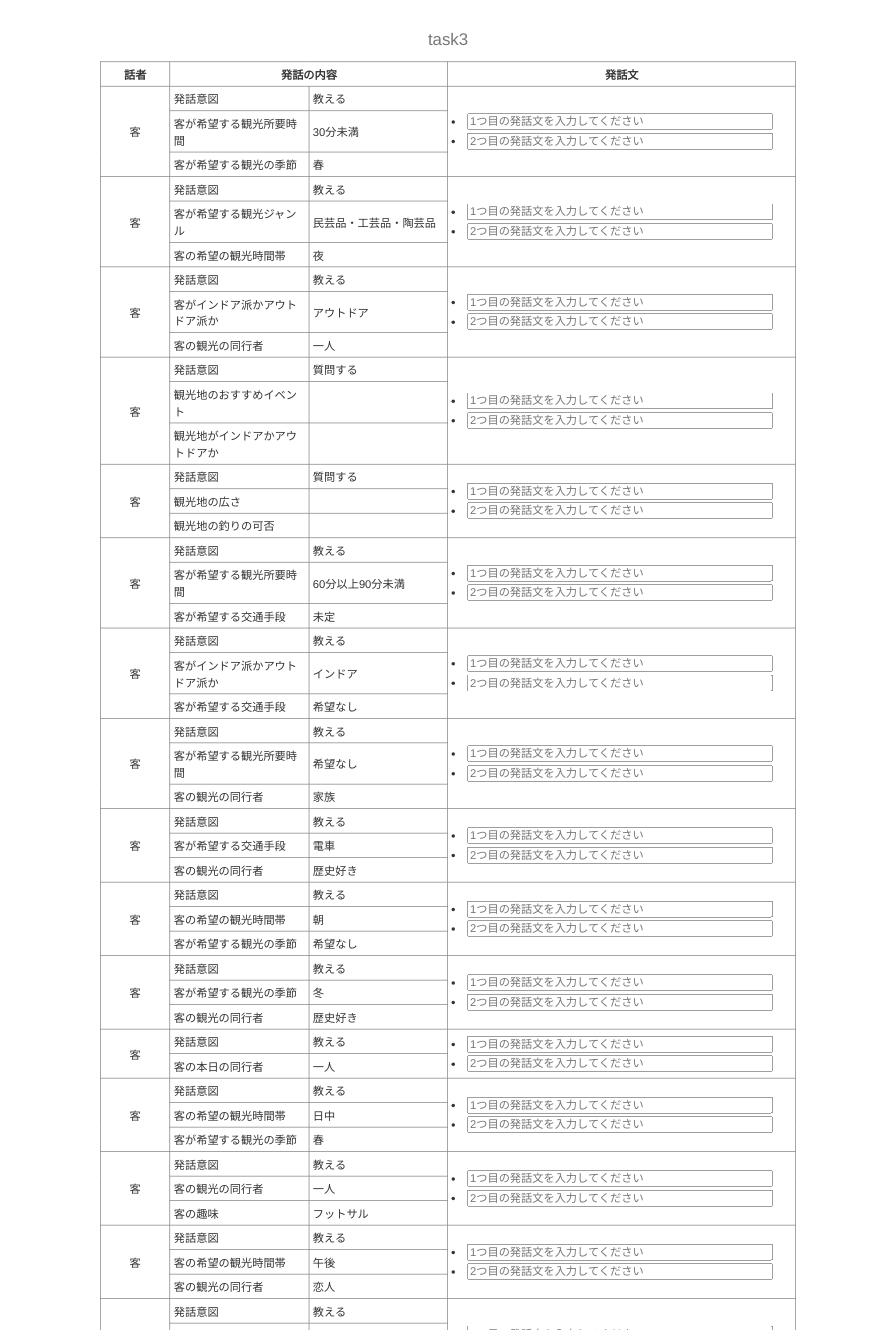
Repository: FlowRobocon/data_collection
Page: mqgs14h2reu1.html
The author's editor kept a copy of each file at every save. The page is drawn from the files as they stood at one save, then again after the next save.
The browser window is 1280 px wide. The pictures show the part of the page from y = 3534 to 5434 px (the page is 6091 px tall before and 5923 px after), at 70% of full size.
A picture or video elsewhere on the page could not be fetched, so the positions and the page height are approximate. Some web libraries are served in a nearby version.

Above is the page before, as saved 2022-07-24 15:14:26.

### mqgs14h2reu1.html
<link rel="stylesheet" href="https://maxcdn.bootstrapcdn.com/bootstrap/3.3.7/css/bootstrap.min.css">

<head>
    <meta charset="utf-8">
    <title>発話作成ページ</title>
    <style>
        body {
            background-color: #ffffff;
            font-size: 16px;
        }

        td,
        th {
            padding: 5px;
        }

        p {
            clear: both;
        }

        .container {
            width: 80%;
        }

        .dialog-contents {
            background-color: lightgray;
        }

        figure.images {
            float: left;
            padding-right: 20px;
        }
    </style>
</head>

<body>
    <div class="container" id='Instruction'>
        <h2>作業概要</h2>
            <p>旅行代理店における後述の対話状況において，客の発話（話す言葉）を作成していただきます．作業内容は，<strong>指定される「発話の意図」および「発話に含めたい情報」を全て含んだ発話を作成する</strong>，というものです．</p>
            <!-- <p>※ 作業時間は40分程度と予想されます．<br>※
                <font color=red>本ページを再読み込みすると，それまでに入力された情報はすべてリセットされますのでご注意ください．</font>
            </p> -->
            <p>※<font color=red>本ページを再読み込みすると，それまでに入力された情報はすべてリセットされますのでご注意ください．</font></p>
            <h3>対話状況</h3>
                <ul style="background-color:lightgray;">
                    <li><strong>旅行代理店で客と店員（カウンターセールス）が会話している</strong></li>
                    <li><strong>客は</strong>，訪れる観光地を候補として2箇所決めており，そのどちらに行くかを店員と相談して決めたい</li>
                    <li><strong>店員は</strong>，2つの観光地の見所などを説明したり，客からの質問に答えたりしながら，観光地を決める手助けをする</li>
                </ul>
    </div>
    <div class="container" id="work">
        <h2>作業</h2>
        <p>
            <h3>1-1. CrowdWorksでのワーカーID・表示名を入力してください</h3>
            <p>ワーカーID：<input type="text" id="WorkerID" name="WorkerID" /></p>
            <p>表示名：<input type="text" id="WorkerName" name="WorkerName" /></p>
        </p>
        <!-- <p>
            <h3>1-2. ご自身の性別と年代を選択してください</h3>
            <p>
                性別：
                <input name="Gender" type="radio" value="M" />男性
                <input name="Gender" type="radio" value="F" />女性
                <input name="Gender" type="radio" value="O" />その他
            </p>
            <p>
                年齢：
                <input name="Age" type="radio" value="10~20" />10代
                <input name="Age" type="radio" value="20~30" />20代
                <input name="Age" type="radio" value="30~40" />30代
                <input name="Age" type="radio" value="40~50" />40代
                <input name="Age" type="radio" value="50~60" />50代
                <input name="Age" type="radio" value="60~" />60代以上
            </p>
        </p> -->
        <p>
            <h3>2-1. 2つの発話を作成してください</h3>
            <p>以下のガイドラインと注意事項によく目を通してから，本ページ下部の表を埋めるかたちで作業してください．</p>
            <p>
                <font color=maroon><strong>ガイドライン</strong></font>
            </p>
            <img src="figs/guidelines_image.png" width="900">
            <ul>
                <li>表の各行は，「話者，発話の内容，発話文」からなります．</li>
                <li><strong>「話者」の列には</strong>，客と店員の内，どちらの発話であるかが示されています</li>
                <li><strong>「発話の内容」の列には</strong>，あなたが作成するべき発話の意図や発話に含めたい情報が示されています．</li>
                <li><strong>「発話文」の列に</strong>，あなたが考えた「発話者」が「発話の内容」を伝える際の発話文を記入します．まず，発話を<strong>一種類</strong>考えて上の入力欄に記入してください．次に，<strong>違う言い方</strong>で<strong>同じ内容</strong>を言う発話を考えて下の入力欄に記入してください．</li>
                <ul>
                    <li>発話の内容は同じまま，<strong>口調や表現，伝え方</strong>を変えることでバリエーションのある発話文を作成してください．</li>
                    <li>実際の旅行代理店で想定されるような，<strong>できるだけ自然な</strong>発話文を作成してください．</li>
                    <ul>
                        <li>テキスト文ではありますが，<strong>書き言葉ではなく</strong>対面で対話していることを想定した<strong>話し言葉</strong>で作成してください．</li>
                        <li>発話の丁寧さは，旅行代理店における対話において不自然でないと考えられる範囲で自由に設定してください．</li>
                    </ul>
                    <li>発話意図の説明は<a href="files/user_intent_explanation.pdf" target="_blank">こちら</a>をご覧ください．（CrowdWorksの添付ファイル「客の発話意図の説明.pdf」と同一の内容です）</li>
                    <li>一つの発話を複数の文で作成してもよいです．</li>
                    <li>「発話に含めたい情報」が複数指定されていることがあります．その際は，<strong>1つの発話だけ</strong>で<strong>全ての</strong>「発話に含めたい情報」を含むように発話を作成する必要があります．</li>
                        <p>【良い例】
                        <img src="figs/good_example1.png" width="900">
                        </p>
                        <p>【悪い例】
                        <img src="figs/bad_example1.png" width="900">
                        </p>
                        <li>複数の「発話に含めたい情報」を関連づけて発話文を作成しづらい場合は，「発話に含めたい情報」同士を強く関連づけず，並記するような発話文を作成していただいても大丈夫です．</li>
                    </li>
                    <li>"客の名前"に（※）が付いている場合には，話し相手をその名前で呼ぶような発話を作成してください．</li>
                    <ul>
                        <li>(例)「発話意図：質問する，客の名前（※）：鈴木，観光地への同行者：空欄」の場合</li>
                        <ul>
                            <li>「鈴木様はどなたとご観光される予定ですか？」</li>
                        </ul>
                    </ul>
                </ul>
            </ul>
            <!-- <img src="figs/1.png" width="900"> -->

            <p>
                <font color=maroon><strong>発話文を作成する際の注意事項</strong></font>
            </p>
            <ul>

                    <!-- <ul>
                        <li>指示文「<span style="background-color:lightgray">箕面大滝に関する追加情報を要求する</span>」にしたがって作成する場合
                            <ul>
                                <li>作成例：<span style="background-color:lightgray">もっと箕面大滝について知りたいんだけど</span></li>
                                <li>作成例：<span style="background-color:lightgray">箕面大滝ってどんなところなんですか</span></li>
                            </ul>
                        </li>
                    </ul>
                    <li>各時点の指示文に含まれない内容は発話文に含めないでください（直前の発話を含む，過去の店員や客の発話に含まれる観光地名なども使用しないでください）．また，各時点より先（未来）の対話の流れは考慮しないでください．</li>
                    <li><strong>指示文に<font color=blue>青色</font>で書かれた単語が含まれている場合は，<font color=maroon>その単語を必ずそのままの形で発話文に含めてください</font></strong>．
                        <ul>
                            <li>指示文「<span style="background-color:lightgray;"><font color=blue>民家集落博物館</font>への観光経験は無いことを伝える</span>」にしたがって作成する場合
                                <ul>
                                    <li><strong>良い例</strong>：<span style="background-color:lightgray">民家集落博物館は行ったことないな</span></li>
                                    <li><strong>悪い例</strong>：<span style="background-color:lightgray">民家博物館は行ったことないんです</span></li>
                                    <li><strong>悪い例</strong>：<span style="background-color:lightgray">行ったことないな</span></li>
                                </ul>
                            </li>
                        </ul>
                    </li> -->
                    <li>「発話の意図」および「発話に含めたい情報」の指定が20個並んでいますが，それぞれ前後との関係は無い独立のものとして作業を行ってください．</li>
                    <li><strong>発話文に絵文字や顔文字は含めないでください．</strong></li>
            </ul>

            <h3>2-2. 作成した発話データをダウンロードして，CrowdWorksで提出してください</h3>
            <p>表の下方に設置されている
                <font bold>ダウンロード</font>をクリックすることで，入力された発話データをCSV形式でダウンロードすることができます．ダウンロードした発話データをCrowdWorksの作業ページで提出してください．</p>
            <p>
                <font color=maroon><strong>対話データの提出に関する注意事項</strong></font>
            </p>
            <ul>
                <!-- <li>2つの対話には，それぞれのダウンロードボタンが設けられていますので，必ず両方の対話データをダウンロードして提出してください．</li> -->
                <li>ダウンロードされるCSVファイルは文字コードの関係上文字化けしたように見えるかもしれませんが，問題ありません．</li>
                <li>1度ダウンロードされた対話データのファイル名やファイルの中身は編集しないでください．</li>
                <li>ダウンロードボタンをクリックしても対話データをダウンロードできない場合，全てのフォームが正しく入力されていない可能性があります．上記1-1.~2-1.の作業が正しくできているかを確認してください．</li>
            </ul>
        </p>
        <p>上記全ての作業が正確に行われていることが確認でき次第，CrowdWorksにてお仕事を承認し報酬をお支払いします．ただし，<strong>作業がインストラクション通りに行われていない場合や，明らかに対話の流れに沿わない発話や無関係な発話が確認できた場合は，不適切とみなし非承認とすることがありますのでご注意ください</strong>．</p>

    </div>
    <div class="container" id='Table1'></div>
    <div class="container" id='submit_button-1'>
        <br>
        <center><button class="btn btn-primary" id="submit-1" onclick="submit(1)">ダウンロード</button></center>
        <br>
    </div>
<!--     <script src="data/example.js"></script> -->
    <script src="script.js"></script>
    <script src="https://ajax.googleapis.com/ajax/libs/jquery/3.2.1/jquery.min.js"></script>
    <script language="javascript" type="text/javascript">
        let task_id = Math.floor(Math.random()*7);
        var speaker = "user"
        var json_data = ""
        $.getJSON("data/da_list-2022-0718/da_list-user-max2/group1/task" + String(task_id) + ".json", function(json) {
        json_data = json
        // console.log(String(task_id))
        // console.log(json);
        document.getElementById('Table1').innerHTML = create_table(task_id, json_data);
        });
    </script>

</body>

### script.js
const shuffle = ([...array]) => {
    for (let i = array.length - 1; i >= 0; i--) {
        const j = Math.floor(Math.random() * (i + 1));
        [array[i], array[j]] = [array[j], array[i]];
    }
    return array;
};


function create_table(task_id, json_data) {
    // const json_data = '[{"id": 1,"speaker": "user","intent": "教える","slots": {"客の名前": "鈴木"}},{"id": 2,"speaker": "system","intent": "観光地の名称を確認する","slots": {"客の名前": "鈴木","観光地1の名称": "お台場海浜公園","観光地2の名称": "第三台場"}}]';
    const dialog = json_data;

    var t_re = "";
    let table_title = "task" + task_id;

    t_re += '<table border="1" style="width:100%" align="center">' +
        '<caption>' +
        '<div class="text-center">' +
        '</br></br>' +
        '<h3>' +
        table_title +
        '</h3>' +
        '</div>' +
        '</caption>' +
        '<tbody>' +
        '<th style="width:10%; text-align:center">話者</th>' +
        '<th style="width:40%; text-align:center" colspan="2">発話の内容</th>' +
        '<th style="width:50%; text-align:center">発話文</th>'

    for (var i = 0; i < dialog.length; i++) {
        var table_tmp = '<tr>'
        let rowspan = String(1+Object.keys(dialog[i].slots).length)
        if (dialog[i].speaker == "system") {
            table_tmp += '<td style="width:10%; text-align:center" rowspan='+ rowspan + '>店員</td>'
        } else if (dialog[i].speaker == "user") {
            table_tmp += '<td style="width:10%; text-align:center" rowspan='+ rowspan + '>客</td>'
        }

        table_tmp += '<td style="width:20%;">発話意図</td><td style="width:20%;">' + dialog[i].intent + '</td>'
        table_tmp += '<td rowspan=' + rowspan + '>' +
            '<li><input type="text" id="' + task_id + "_" + dialog[i].id + "_" + dialog[i].speaker + "_utterance1" + '" name="' + dialog[i].id + "_" + i + "_" + dialog[i].speaker + "_utterance1" + '" style="width:90%;margin:2 0px;resize:none" placeholder="1つ目の発話文を入力してください"/></li>' +
            '<li><input type="text" id="' + task_id + "_" + dialog[i].id + "_" + dialog[i].speaker + "_utterance2" + '" name="' + dialog[i].id + "_" + i + "_" + dialog[i].speaker + "_utterance2" + '" style="width:90%;margin:2 0px;resize:none" placeholder="2つ目の発話文を入力してください"/></li>' +
            '</td></tr>';
        for (var s = 0; s < Object.keys(dialog[i].slots).length; s++) {
            if (Object.values(dialog[i].slots)[s] == "?") {
                table_tmp += '<tr><td style="width:20%;">' + Object.keys(dialog[i].slots)[s] + '</td><td style="width:20%;"></td></tr>'
            } else {
                table_tmp += '<tr><td style="width:20%;">' + Object.keys(dialog[i].slots)[s] + '</td><td style="width:20%;">' + Object.values(dialog[i].slots)[s] + '</td></tr>'
            }
        }
        t_re += table_tmp;
    }
    return t_re
};


function download(filename, text) {
    var pom = document.createElement('a');
    pom.setAttribute('href', 'data:text/plain;charset=utf-8,' + encodeURIComponent(text));
    pom.setAttribute('download', filename);
    if (document.createEvent) {
        var event = document.createEvent('MouseEvents');
        event.initEvent('click', true, true);
        pom.dispatchEvent(event);
    } else {
        pom.click();
    }
};


function submit(table_id) {
    // var dialog = json_data;
    var all_checked = true;
    var text_write = "id,speaker,intent,slots.keys,slots.values,utterance1,utterance2\n";

    // var gender = "";
    // var age = "";
    for (var j = 0; j < document.getElementsByName("Gender").length; j++) {
        if (document.getElementsByName("Gender")[j].checked) {
            gender = document.getElementsByName("Gender")[j].value;
        }
    }

    for (var j = 0; j < document.getElementsByName("Age").length; j++) {
        if (document.getElementsByName("Age")[j].checked) {
            age = document.getElementsByName("Age")[j].value;
        }
    }

    // if (document.getElementById("WorkerID").value == "" || age == "" || gender == "") {
    if (document.getElementById("WorkerID").value == "" || document.getElementById("WorkerName").value == "") {
        all_checked = false;
        // alert("ワーカーID，性別，年代を入力してください．");
        alert("ワーカーID、CrowdWorksでの表示名を入力してください．");
        return;
    }

    for (var i = 0; i < json_data.length; i++) {
        var value_tmp = json_data[i].id + "," + json_data[i].speaker + "," + json_data[i].intent + ",";
        var value_tmp_slots_keys = "";
        var value_tmp_slots_values = "";
        for (var j = 0; j < Object.keys(json_data[i].slots).length; j++) {
            value_tmp_slots_keys += Object.keys(json_data[i].slots)[j] + " ";
            value_tmp_slots_values += Object.values(json_data[i].slots)[j] + " ";
        }
        value_tmp += value_tmp_slots_keys.trimRight() + "," + value_tmp_slots_values.trimRight() + ",";

        var replace1 = "";
        var replace2 = "";
        replace1 = document.getElementById(task_id + "_" + json_data[i].id + '_' + json_data[i].speaker + "_utterance1").value;
        replace2 = document.getElementById(task_id + "_" + json_data[i].id + '_' + json_data[i].speaker + "_utterance2").value;
        if (replace1 == "" || replace2 == "") {
            all_checked = false;
            alert("入力されていない発話があります．");
            return;
        } else {
            value_tmp += replace1 + "," + replace2;
        }
        text_write += value_tmp + "\n";
    }

    if (all_checked == true) download(speaker + "_" + table_id + "_" + task_id + "_" + document.getElementById("WorkerID").value + "_" + document.getElementById("WorkerName").value + ".csv", text_write);
    else alert("入力されていない発話があります．");
};

### data/da_list-2022-0718/da_list-user-max2/group1/task3.json
[
    {
        "id": "u00000901",
        "speaker": "user",
        "intent": "教える",
        "slots": {
            "客が希望する観光所要時間": "30分未満",
            "客が希望する観光の季節": "春"
        }
    },
    {
        "id": "u00000995",
        "speaker": "user",
        "intent": "教える",
        "slots": {
            "客が希望する観光ジャンル": "民芸品・工芸品・陶芸品",
            "客の希望の観光時間帯": "夜"
        }
    },
    {
        "id": "u00000688",
        "speaker": "user",
        "intent": "教える",
        "slots": {
            "客がインドア派かアウトドア派か": "アウトドア",
            "客の観光の同行者": "一人"
        }
    },
    {
        "id": "u00000304",
        "speaker": "user",
        "intent": "質問する",
        "slots": {
            "観光地のおすすめイベント": "?",
            "観光地がインドアかアウトドアか": "?"
        }
    },
    {
        "id": "u00000264",
        "speaker": "user",
        "intent": "質問する",
        "slots": {
            "観光地の広さ": "?",
            "観光地の釣りの可否": "?"
        }
    },
    {
        "id": "u00000774",
        "speaker": "user",
        "intent": "教える",
        "slots": {
            "客が希望する観光所要時間": "60分以上90分未満",
            "客が希望する交通手段": "未定"
        }
    },
    {
        "id": "u00000845",
        "speaker": "user",
        "intent": "教える",
        "slots": {
            "客がインドア派かアウトドア派か": "インドア",
            "客が希望する交通手段": "希望なし"
        }
    },
    {
        "id": "u00000545",
        "speaker": "user",
        "intent": "教える",
        "slots": {
            "客が希望する観光所要時間": "希望なし",
            "客の観光の同行者": "家族"
        }
    },
    {
        "id": "u00000429",
        "speaker": "user",
        "intent": "教える",
        "slots": {
            "客が希望する交通手段": "電車",
            "客の観光の同行者": "歴史好き"
        }
    },
    {
        "id": "u00000942",
        "speaker": "user",
        "intent": "教える",
        "slots": {
            "客の希望の観光時間帯": "朝",
            "客が希望する観光の季節": "希望なし"
        }
    },
    {
        "id": "u00000519",
        "speaker": "user",
        "intent": "教える",
        "slots": {
            "客が希望する観光の季節": "冬",
            "客の観光の同行者": "歴史好き"
        }
    },
    {
        "id": "u00000350",
        "speaker": "user",
        "intent": "教える",
        "slots": {
            "客の本日の同行者": "一人"
        }
    },
    {
        "id": "u00000949",
        "speaker": "user",
        "intent": "教える",
        "slots": {
            "客の希望の観光時間帯": "日中",
            "客が希望する観光の季節": "春"
        }
    },
    {
        "id": "u00000598",
        "speaker": "user",
        "intent": "教える",
        "slots": {
            "客の観光の同行者": "一人",
            "客の趣味": "フットサル"
        }
    },
    {
        "id": "u00000644",
        "speaker": "user",
        "intent": "教える",
        "slots": {
            "客の希望の観光時間帯": "午後",
            "客の観光の同行者": "恋人"
        }
    },
    {
        "id": "u00000523",
        "speaker": "user",
        "intent": "教える",
        "slots": {
            "客が希望する観光ジャンル": "和洋菓子・スイーツ",
            "客の観光の同行者": "友達"
        }
    },
    {
        "id": "u00000933",
        "speaker": "user",
        "intent": "教える",
        "slots": {
            "客の希望の観光時間帯": "未定",
            "客が希望する観光の季節": "秋"
        }
    },
    {
        "id": "u00000672",
        "speaker": "user",
        "intent": "教える",
        "slots": {
            "客がインドア派かアウトドア派か": "インドア",
            "客の観光の同行者": "子供"
        }
    },
    {
        "id": "u00000852",
        "speaker": "user",
        "intent": "教える",
        "slots": {
            "客がインドア派かアウトドア派か": "アウトドア",
            "客が希望する交通手段": "希望なし"
        }
    },
    {
        "id": "u00000528",
        "speaker": "user",
        "intent": "教える",
        "slots": {
            "客が希望する観光ジャンル": "陶芸・手工芸体験",
            "客の観光の同行者": "一人"
        }
    }
]

### data/da_list-2022-0724/da_list-user-max2/group1/task3.json
[
    {
        "id": "u00000807",
        "speaker": "user",
        "intent": "教える",
        "slots": {
            "客の趣味": "トランプ",
            "客が希望する交通手段": "徒歩"
        }
    },
    {
        "id": "u00000514",
        "speaker": "user",
        "intent": "教える",
        "slots": {
            "客が希望する観光の季節": "秋",
            "客の観光の同行者": "なし"
        }
    },
    {
        "id": "u00000133",
        "speaker": "user",
        "intent": "質問する",
        "slots": {
            "観光地の定休日": "?",
            "観光地での観光の所要時間": "?"
        }
    },
    {
        "id": "u00000882",
        "speaker": "user",
        "intent": "教える",
        "slots": {
            "客が観光にかけたい時間": "60分以上90分未満",
            "客が希望する食べ物": "喫茶店"
        }
    },
    {
        "id": "u00000215",
        "speaker": "user",
        "intent": "質問する",
        "slots": {
            "観光地の設備": "?",
            "観光地の飲食物持ち込みの可否": "?"
        }
    },
    {
        "id": "u00000440",
        "speaker": "user",
        "intent": "教える",
        "slots": {
            "客が希望する交通手段": "電車",
            "客の観光の同行者": "ペット"
        }
    },
    {
        "id": "u00000862",
        "speaker": "user",
        "intent": "教える",
        "slots": {
            "客がインドア派かアウトドア派か": "インドア",
            "客が希望する交通手段": "公共交通機関"
        }
    },
    {
        "id": "u00000523",
        "speaker": "user",
        "intent": "教える",
        "slots": {
            "客が希望する観光の季節": "冬",
            "客の観光の同行者": "未定"
        }
    },
    {
        "id": "u00000903",
        "speaker": "user",
        "intent": "教える",
        "slots": {
            "客が希望する観光の季節": "未定",
            "客が観光にかけたい時間": "30分以上60未満"
        }
    },
    {
        "id": "u00000387",
        "speaker": "user",
        "intent": "教える",
        "slots": {
            "客の本日の同行者": "歴史好き",
            "客の名前": "柴田"
        }
    },
    {
        "id": "u00001050",
        "speaker": "user",
        "intent": "教える",
        "slots": {
            "客が観光にかけたい時間": "90分以上",
            "客の希望の観光時間帯": "朝"
        }
    },
    {
        "id": "u00000641",
        "speaker": "user",
        "intent": "教える",
        "slots": {
            "客の希望の観光時間帯": "朝",
            "客の観光の同行者": "女性"
        }
    },
    {
        "id": "u00001098",
        "speaker": "user",
        "intent": "教える",
        "slots": {
            "客の本日の同行者": "友達",
            "客の本日の交通手段": "電車"
        }
    },
    {
        "id": "u00000015",
        "speaker": "user",
        "intent": "質問する",
        "slots": {
            "観光地におすすめな時期": "?"
        }
    },
    {
        "id": "u00000816",
        "speaker": "user",
        "intent": "教える",
        "slots": {
            "客が希望する交通手段": "希望なし",
            "客の希望の観光時間帯": "朝"
        }
    },
    {
        "id": "u00001059",
        "speaker": "user",
        "intent": "教える",
        "slots": {
            "客がインドア派かアウトドア派か": "特になし",
            "客が観光にかけたい時間": "90分以上"
        }
    },
    {
        "id": "u00000843",
        "speaker": "user",
        "intent": "教える",
        "slots": {
            "客が希望する交通手段": "公共交通機関",
            "客の希望の観光時間帯": "夜"
        }
    },
    {
        "id": "u00000126",
        "speaker": "user",
        "intent": "質問する",
        "slots": {
            "観光地が雨天でも楽しめるか": "?",
            "観光地の営業時間": "?"
        }
    },
    {
        "id": "u00000286",
        "speaker": "user",
        "intent": "質問する",
        "slots": {
            "観光地の喫煙可否": "?",
            "観光地の待ち時間": "?"
        }
    },
    {
        "id": "u00000746",
        "speaker": "user",
        "intent": "教える",
        "slots": {
            "客が希望する観光の季節": "冬",
            "客が希望する交通手段": "希望なし"
        }
    }
]

After the next save:
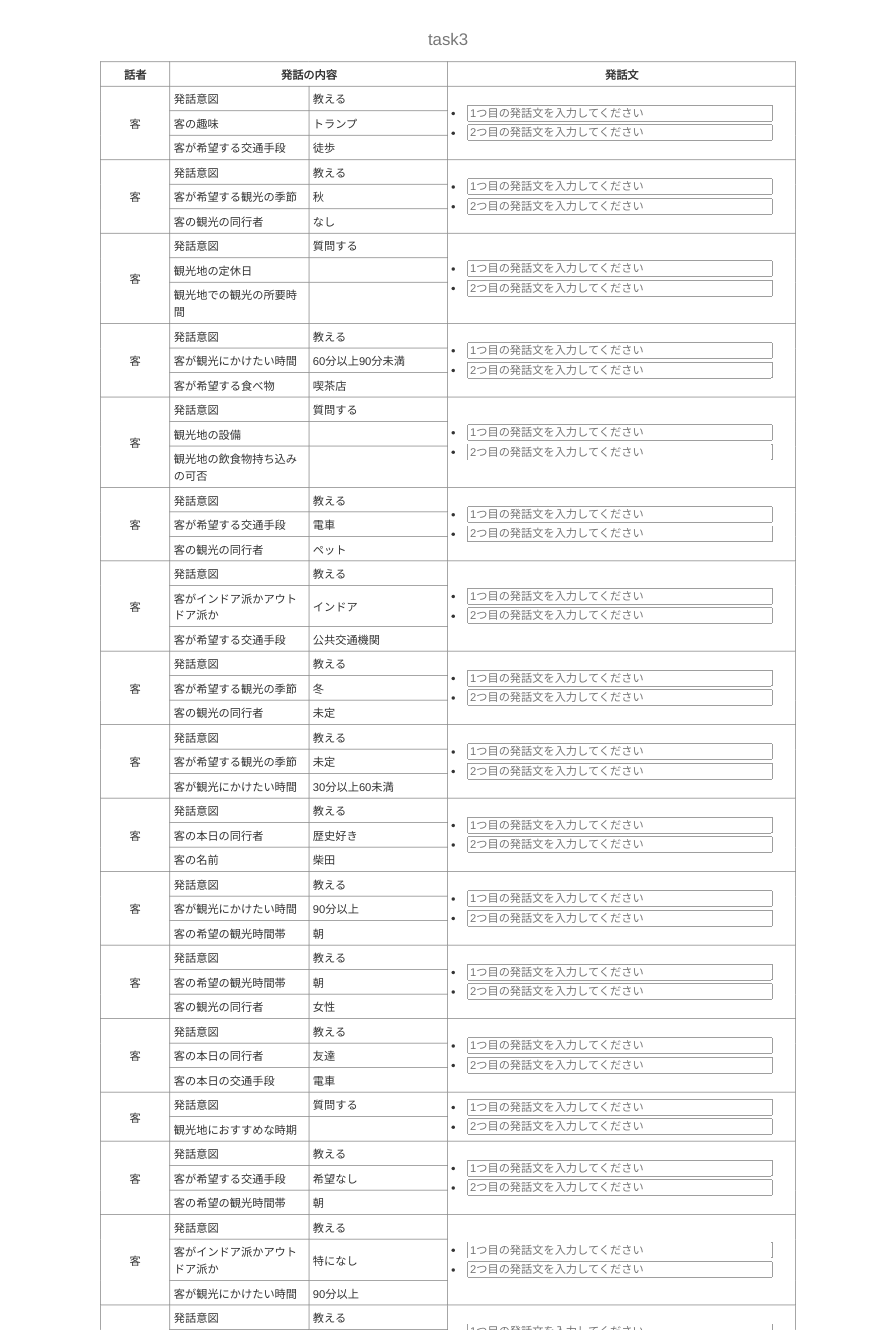
Saved 6 s later.
--- a/mqgs14h2reu1.html
+++ b/mqgs14h2reu1.html
@@ -172,7 +172,7 @@
         let task_id = Math.floor(Math.random()*7);
         var speaker = "user"
         var json_data = ""
-        $.getJSON("data/da_list-2022-0718/da_list-user-max2/group1/task" + String(task_id) + ".json", function(json) {
+        $.getJSON("data/da_list-2022-0724/da_list-user-max2/group1/task" + String(task_id) + ".json", function(json) {
         json_data = json
         // console.log(String(task_id))
         // console.log(json);
